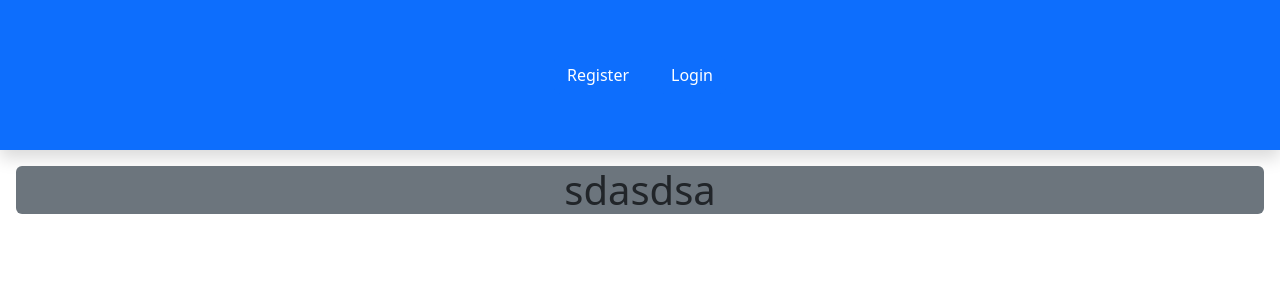
Repository: loveleii/firebase-login-logout
Page: /
The author's editor kept a copy of each file at every save. The page is drawn from the files as they stood at one save, then again after a run of saves.
The browser window is 1280 px wide. The pictures show the whole page.
The project was rebuilt for these pictures with package versions that can differ from the ones it lists, and the page was loaded fresh each time. Also part of the build but not shown: vite.config.ts, src/views/loginView.vue, src/assets/main.css.

Above is the page before, as saved 2023-03-04 19:29:51.

### src/main.js
import { createApp } from 'vue'
import { createPinia } from 'pinia'

import App from './App.vue'
import router from './router'
import "bootstrap/dist/css/bootstrap.min.css"
import bootstrap from "bootstrap/dist/js/bootstrap.bundle.js"

import './assets/main.css'

const app = createApp(App)

app.use(createPinia())
app.use(router)

app.mount('#app')

### src/App.vue
<script setup lang="ts">
import { RouterLink, RouterView } from 'vue-router'

</script>

<template>
  <div>
        <header class="bg-primary p-5 shadow">
            <div class="container_header">
                <div class="d-flex">
                    <RouterLink to="/" style="text-decoration: none;"><text class="text-white m-2 btn btn-primary">Register</text></RouterLink>
                    <RouterLink to="/login" style="text-decoration: none;"><text class="text-white m-2 btn btn-primary">Login</text></RouterLink>
                </div>
            </div>
        </header>
    </div>
    <div class="center-container m-3 rounded bg-secondary text-center">
      <RouterView />
    </div>

</template>

<style>
.container_header{
  display: grid;
  place-content: center;
}

</style>

### src/router/index.js
import { createRouter, createWebHistory } from 'vue-router'
import registerView from '../views/registerView.vue'
import loginView from '../views/loginView.vue'

const router = createRouter({
  history: createWebHistory(import.meta.env.BASE_URL),
  routes: [
    {
      path: '/',
      name: 'reg',
      component: registerView
    },
    {
      path: '/login',
      name: 'log',
      component: loginView
    },

  ]
})

export default router

### src/views/registerView.vue
<template>
    <div>
        <h1>sdasdsa</h1>
    </div>
</template>

<script>


</script>

Loaded but not shown: index.html (common file)

After the next 2 saves:
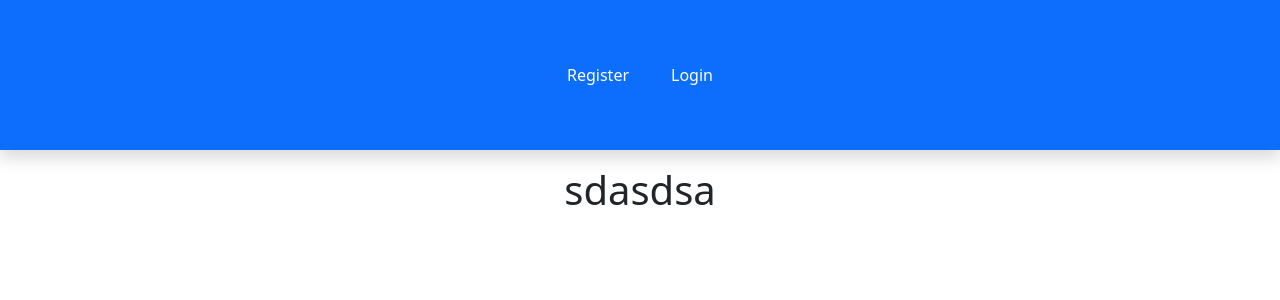
The 2 saves are shown as one change because they came seconds apart.
The last was saved 14 s later.
--- a/src/App.vue
+++ b/src/App.vue
@@ -14,7 +14,7 @@ import { RouterLink, RouterView } from 'vue-router'
             </div>
         </header>
     </div>
-    <div class="center-container m-3 rounded bg-secondary text-center">
+    <div class="center-container m-3 rounded text-center" style="">
       <RouterView />
     </div>
 
